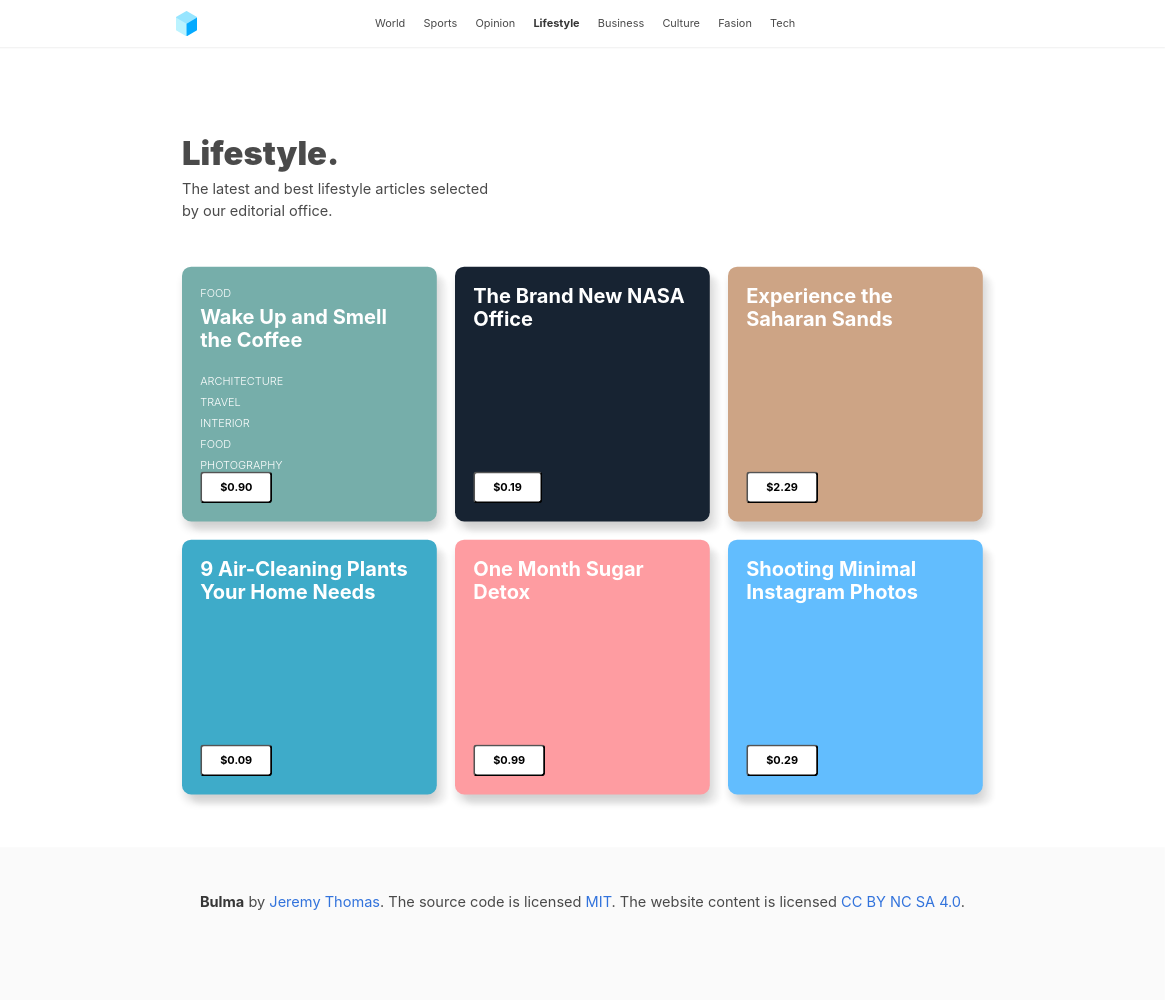
Repository: DOODpls/js_ass1
Page: index.html
These files come from the project's save history. The page is drawn as it stood at one moment and after the next save; the edit follows.
The browser window is 1280 px wide. The pictures show the whole page, at 91% of full size.

Above is the page before, as saved 2019-11-22 18:55:00.

### index.html
<!DOCTYPE html>
<html>
<head>
    <title></title>
    <link rel="stylesheet" href="https://cdnjs.cloudflare.com/ajax/libs/bulma/0.7.5/css/bulma.min.css" integrity="sha256-vK3UTo/8wHbaUn+dTQD0X6dzidqc5l7gczvH+Bnowwk=" crossorigin="anonymous" />
    <link rel="stylesheet" type="text/css" href="./styles.css">
</head>
<body>

    <nav class="navbar">
        <div class="container">
            <div class="logo"></div>
            <ul>
                <li>World</li>
                <li>Sports</li>
                <li>Opinion</li>
                <li><strong>Lifestyle</strong></li>
                <li>Business</li>
                <li>Culture</li>
                <li>Fasion</li>
                <li>Tech</li>
            </ul>
            <span class="icon">
              <i class="ion-ionic" style='color: black; background: black;'></i>
            </span>
        </div>
    </nav>

    <section class="section">
        <div class="container">
            <div style='margin: 40px 10px 40px'>
                <h1>Lifestyle.</h1>
                <p>The latest and best lifestyle articles selected<br/>
                    by our editorial office.
                </p>
            </div>
        </div>
        <div class="container">
            <div class='card-row' id='content'></div>
        </div>
    </section>

    <footer class="footer">
        <div class="content has-text-centered">
            <p>
                <strong>Bulma</strong> by <a href="https://jgthms.com">Jeremy Thomas</a>. The source code is licensed
                <a href="http://opensource.org/licenses/mit-license.php">MIT</a>. The website content
                is licensed <a href="http://creativecommons.org/licenses/by-nc-sa/4.0/">CC BY NC SA 4.0</a>.
            </p>
        </div>
    </footer>

    <script type="text/javascript" src='./app.js'></script>
</body>
</html>

### styles.css
/* - - - - - - - - - - - - - - - - - - - - - - - - - - - - - -
GENERAL
- - - - - - - - - - - - - - - - - - - - - - - - - - - - - - */
h1 {
    font-size: 36px;
    font-weight: 900;
}

.container {
    max-width: 900px;
}

/* - - - - - - - - - - - - - - - - - - - - - - - - - - - - - -
NAV
- - - - - - - - - - - - - - - - - - - - - - - - - - - - - - */
nav {
    border-bottom: 1px solid #ededed;
}

.navbar > .container {
    display: flex;
    align-items: center;
    justify-content: space-between;
}

nav .container ul {
    display: flex;
}

nav .container ul li {
    margin: 0 10px;
    font-size: 12px;
}

.logo {
    background: url('./img/logo.svg');
    background-size: 24px;
    background-position: center;
    background-repeat: no-repeat;

    height: 30px;
    width: 30px;
}

@media (max-width: 600px) {
    nav .container {
        padding: 0 30px;
    }

    nav .container ul {
        display: none;
    }
}

/* TILES */
.card-row {
    display: flex;
    flex-wrap: wrap;
}

.card {
    height: 280px;
    border-radius: 10px;
    background: rgba(23, 35, 50, 1);
    flex: 1 230px;
    margin: 10px;
    padding: 20px;
    position: relative;
    box-shadow: 2px 8px 9px 0px rgba(0, 0, 0, 0.14),
        11px 11px 6px rgba(0, 0, 0, 0.05);
}

.card .buy-button {
    position: absolute;
    bottom: 20px;
    left: 20px;
    background: white;
    color: black;
    border-radius: 4px;
    padding: 8px 20px;
    font-size: 12px;
    font-weight: 700;
}

.card .topic {
    color: white;
    font-weight: 300;
    font-size: 12px;
    text-transform: uppercase;
    margin-bottom: 5px;
}
.card .title {
    color: white;
    font-weight: 700;
    font-size: 22px;
}

### app.js
const green = 'rgba(118,174, 170, 1)'
const black = 'rgba(23,35, 50, 1)'
const brown = 'rgba(205,164, 133, 1)'
const greenblue = 'rgba(62,171, 201, 1)'
const pink = 'rgba(254,156, 161, 1)'
const blue = 'rgba(98,189, 254, 1)'

const data = [
    {
        topic: 'Food',
        title: 'Wake Up and Smell the Coffee',
        price: '$0.90',
        color: green
    },
    {
        topic: 'Architecture',
        title: 'The Brand New NASA Office',
        price: '$0.19',
        color: black
    },
    {
        topic: 'Travel',
        title: 'Experience the Saharan Sands',
        price: '$2.29',
        color: brown
    },
    {
        topic: 'Interior',
        title: '9 Air-Cleaning Plants Your Home Needs',
        price: '$0.09',
        color: greenblue
    },
    {
        topic: 'Food',
        title: 'One Month Sugar Detox',
        price: '$0.99',
        color: pink
    },
    {
        topic: 'Photography',
        title: 'Shooting Minimal Instagram Photos',
        price: '$0.29',
        color: blue
    }
]

// Instructions
// Take the data above and display it as tiles on the page
        //tried to do sort, but i suck
        // const button1 = document.querySelector('body section .container')
        // const btn1 = document.createElement('button')
        // btn1.className= 'buy-button'
        // btn1.id = "butt1"
        // button1.appendChild(btn1)

        // function sort1(){
        //     data.sort((a, b) => (a.topic > b.topic) ? 1 : -1)
        // }

        // const button2 = document.querySelector('#butt1')
        // button2.addEventListener('click', function(event) {
        //     sort1()
        // })

    // for(i=0; i<data.length; i++){
    //     let heig
    //     if(i % 2 == 0){
    //         heig = '500px'
    //     }

    //     const tilers = document.querySelector('#content')
    //     const divr = document.createElement('div')
    //     divr.className= 'card'
    //     divr.style.backgroundColor = data[i].color
    //     divr.style.flex = heig
    //     divr.id = 'divtile'+ i
    //     tilers.appendChild(divr)

    //     const p1 = document.querySelector('#divtile'+i)
    //     const pr1 = document.createElement('p')
    //     pr1.textContent = data[i].topic
    //     pr1.className= 'topic'
    //     p1.appendChild(pr1)

    //     const p2 = document.querySelector('#divtile'+i)
    //     const pr2 = document.createElement('p')
    //     pr2.textContent = data[i].title
    //     pr2.className= 'title'
    //     p2.appendChild(pr2)

    //     const btn1 = document.querySelector('#divtile'+i)
    //     const btr2 = document.createElement('button')
    //     btr2.textContent = data[i].price
    //     btr2.className= 'buy-button'
    //     btn1.appendChild(btr2)
    // }

    data.forEach(function(item)
    {
        var newnum = data.map*=(x => x + 1)
        const tilers = document.querySelector('#content')
        const divr = document.createElement('div')
        divr.className= 'card'
        divr.style.backgroundColor = item.color
        divr.id = 'divtile'
        tilers.appendChild(divr)

        const p1 = document.querySelector('#divtile')
        const pr1 = document.createElement('p')
        pr1.textContent = item.topic
        pr1.className= 'topic'
        p1.appendChild(pr1)

        const p2 = document.querySelector('#divtile')
        const pr2 = document.createElement('p')
        pr2.textContent = item.title
        pr2.className= 'title'
        divr.appendChild(pr2)

        const btr2 = document.createElement('button')
        btr2.textContent = item.price
        btr2.className= 'buy-button'
        divr.appendChild(btr2)
    })


    //this one also works lolllll
    // data.forEach(function(items)
    // {
    // //   document.getElementById('content').innerHTML += '<div class="card" style="background-color:'+items.color+'"><p class="topic">'+items.topic+'</p><p class="title">'+items.title+'</p><button class="buy-button">'+items.price+'</button></div>';
    // })

After the next save:
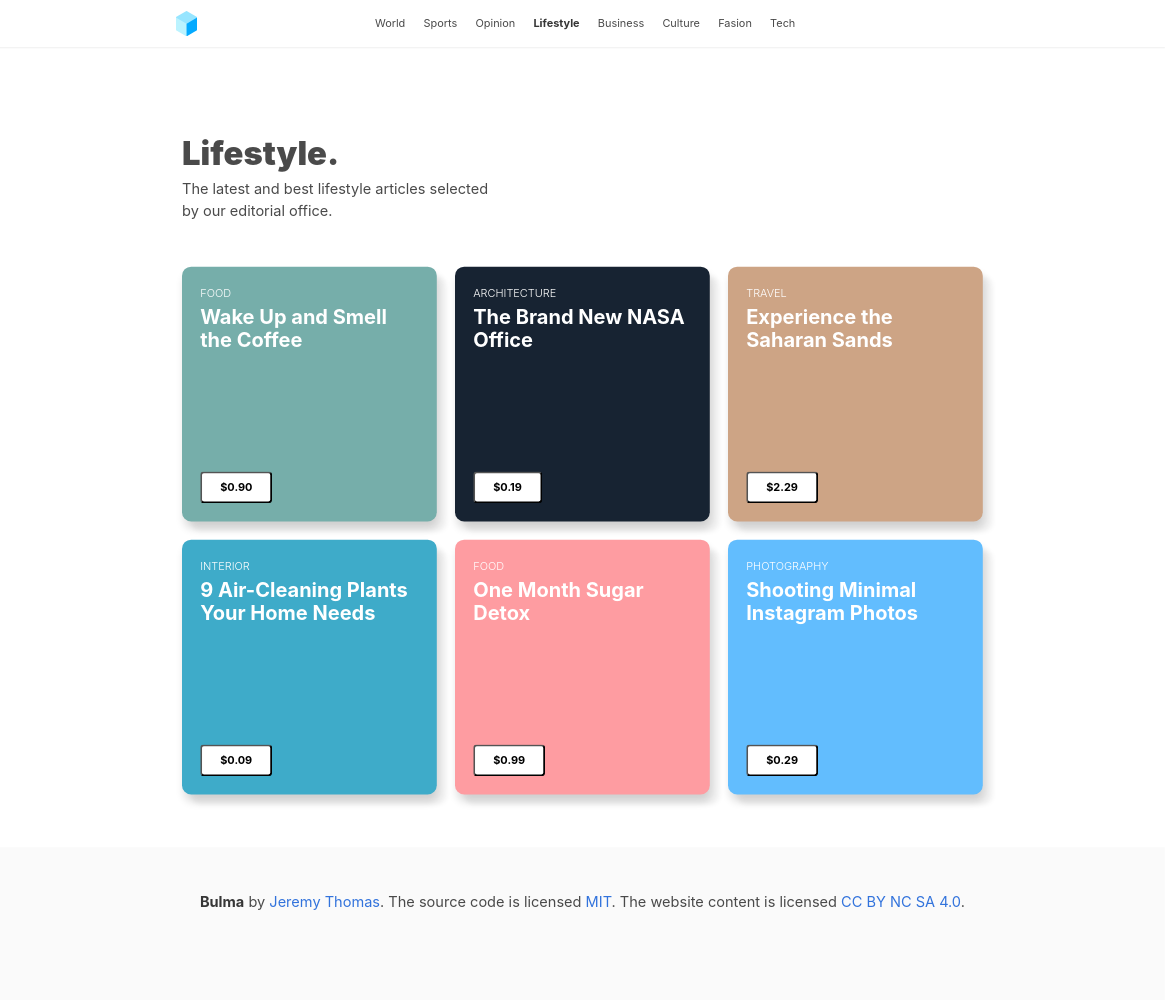
Saved 5 s later.
--- a/app.js
+++ b/app.js
@@ -109,7 +109,7 @@ const data = [
         const pr1 = document.createElement('p')
         pr1.textContent = item.topic
         pr1.className= 'topic'
-        p1.appendChild(pr1)
+        divr.appendChild(pr1)
 
         const p2 = document.querySelector('#divtile')
         const pr2 = document.createElement('p')
